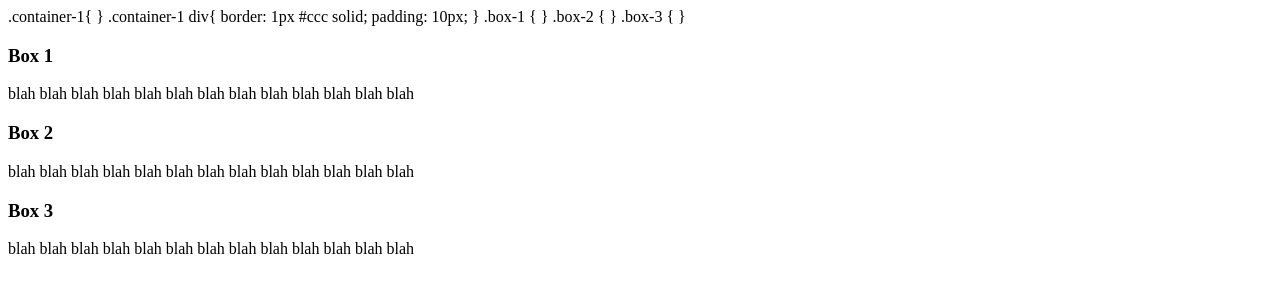
Repository: SHH17HX0r/final-project-10-20
Page: Tom Prigg Dev Portofolio/flex.html
These files come from the project's save history. The page is drawn as it stood at one moment and after the next save; the edit follows.
The browser window is 1280 px wide. The pictures show the whole page.

Above is the page before, as saved 2020-11-17 00:57:39.

### Tom Prigg Dev Portofolio/flex.html
<!-- This is just a code section for me to refer back to some Flexbox snippets.  -->
<!DOCTYPE html>
<html lang="en">
  <head>
    <meta charset="UTF-8" />
    <meta name="viewport" content="width=device-width, initial-scale=1.0" />
    <title>Flexbox Snippets</title>

    <styl>
      .container-1{ } .container-1 div{ border: 1px #ccc solid; padding: 10px; }
      .box-1 { } .box-2 { } .box-3 { }
    </styl>
  </head>
  <body>
    <div class="container-1">
      <div class="box-1">
        <h3>Box 1</h3>
        <p>blah blah blah blah blah blah blah blah blah blah blah blah blah</p>
      </div>
      <div class="box-2">
        <h3>Box 2</h3>
        <p>blah blah blah blah blah blah blah blah blah blah blah blah blah</p>
      </div>
      <div class="box-3">
        <h3>Box 3</h3>
        <p>blah blah blah blah blah blah blah blah blah blah blah blah blah</p>
      </div>
    </div>
  </body>
</html>

After the next save:
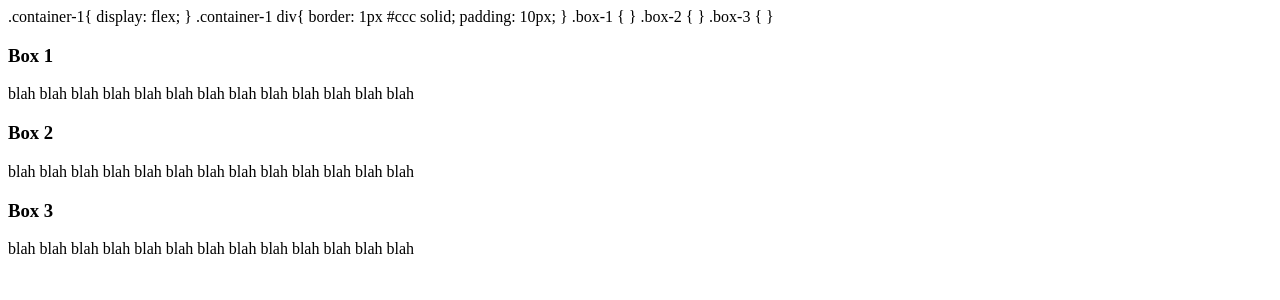
Saved 53 s later.
--- a/Tom Prigg Dev Portofolio/flex.html
+++ b/Tom Prigg Dev Portofolio/flex.html
@@ -7,8 +7,8 @@
     <title>Flexbox Snippets</title>
 
     <styl>
-      .container-1{ } .container-1 div{ border: 1px #ccc solid; padding: 10px; }
-      .box-1 { } .box-2 { } .box-3 { }
+      .container-1{ display: flex; } .container-1 div{ border: 1px #ccc solid;
+      padding: 10px; } .box-1 { } .box-2 { } .box-3 { }
     </styl>
   </head>
   <body>
